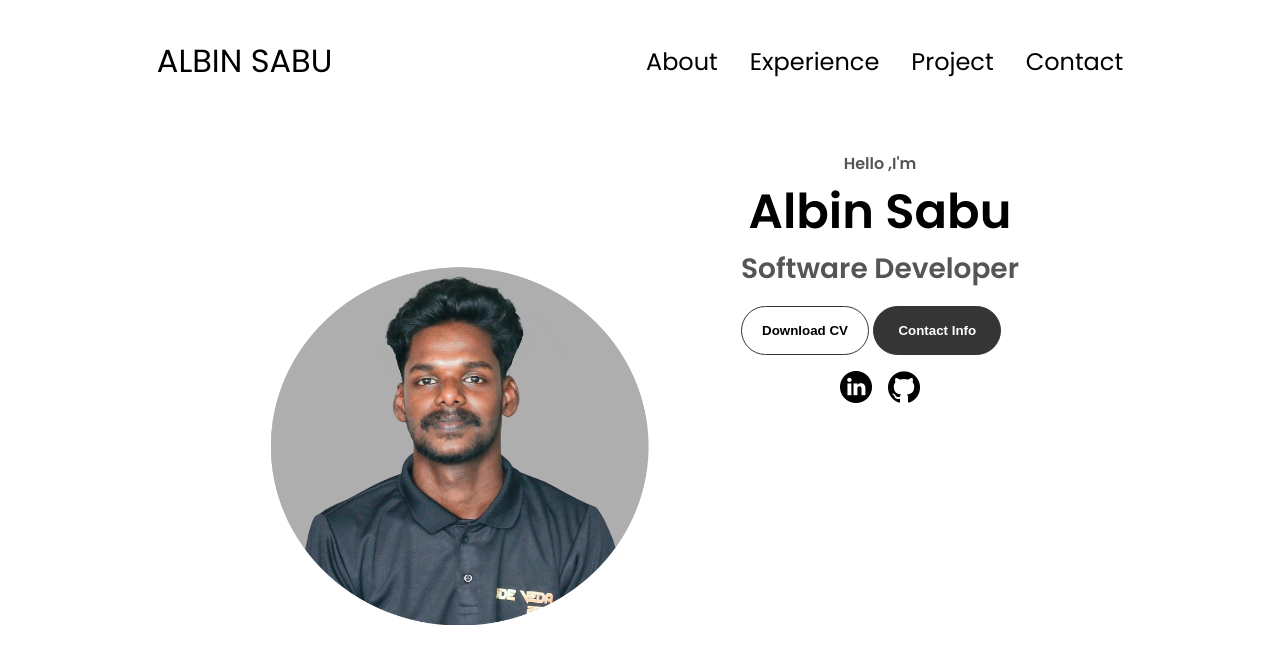
Repository: albinsabu2023/albinsabu
Page: index.html
The author's editor kept a copy of each file at every save. The page is drawn from the files as they stood at one save, then again after the next save.
The browser window is 1280 px wide. The pictures show the whole page.

Above is the page before, as saved 2023-08-30 11:41:32.

After the next save:
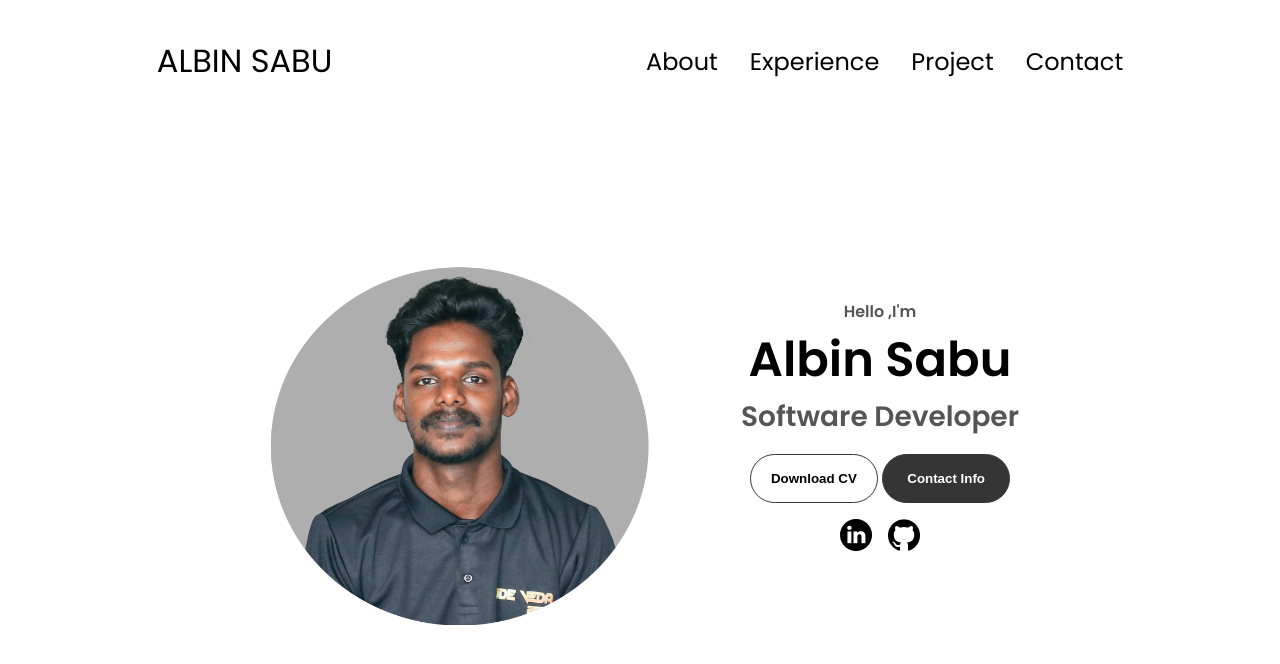
Saved 43 s later.
--- a/style.css
+++ b/style.css
@@ -157,7 +157,7 @@ section{
     margin: auto 0;
 }
 
-.section__tex{
+.section__text{
 
     align-self:center;
     text-align: center;
